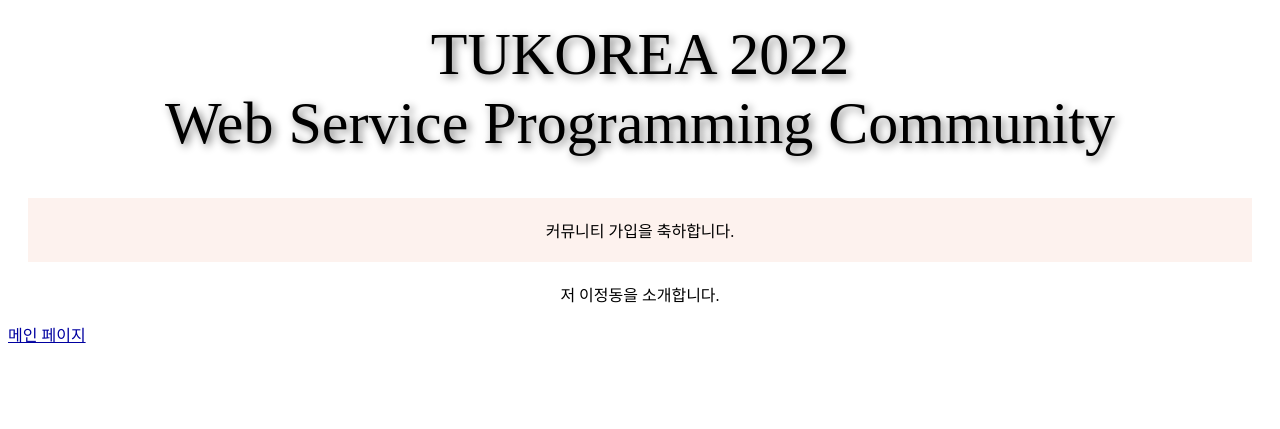
Repository: ljdongz/jsp-project
Page: http://localhost/jeongdong_reg/result.jsp
The author's editor kept a copy of each file at every save. The page is drawn from the files as they stood at one save, then again after the next save.
The browser window is 1280 px wide. The pictures show the whole page.
The page is served by Tomcat 9.

Above is the page before, as saved 2022-09-27 14:00:33.

After the next save:
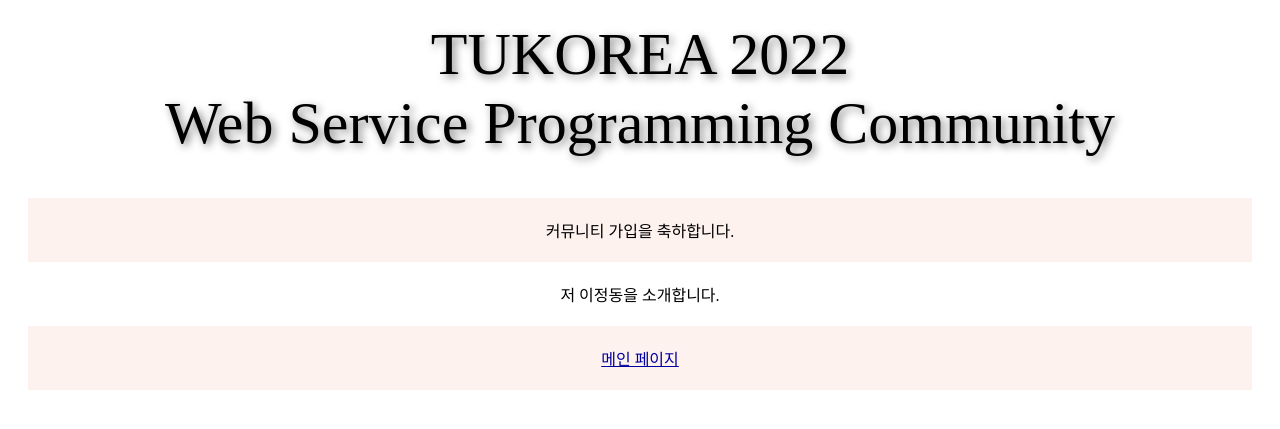
Saved 10 s later.
--- a/project1/jeongdong_reg/src/main/webapp/result.jsp
+++ b/project1/jeongdong_reg/src/main/webapp/result.jsp
@@ -16,7 +16,7 @@
 		<p>저 이정동을 소개합니다.</p>
 	</div>
 
-	<p>
+	<p id="sect">
 		<a href="http://localhost:8080/jeongdong_reg/welcome.html">메인 페이지</a>
 	</p>
 </body>

After the save that followed:
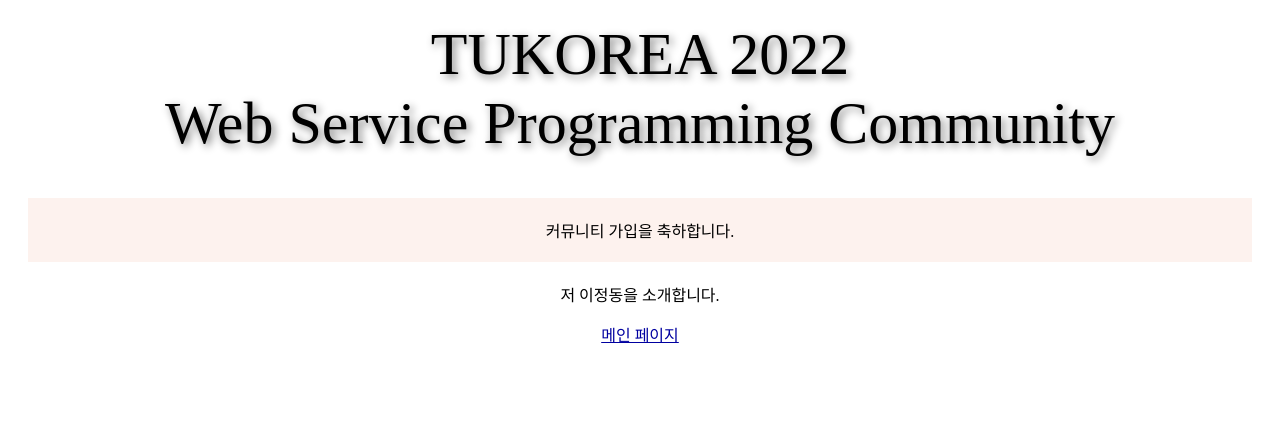
Saved 22 s later.
--- a/project1/jeongdong_reg/src/main/webapp/result.jsp
+++ b/project1/jeongdong_reg/src/main/webapp/result.jsp
@@ -16,7 +16,7 @@
 		<p>저 이정동을 소개합니다.</p>
 	</div>
 
-	<p id="sect">
+	<p style="text-align: center;">
 		<a href="http://localhost:8080/jeongdong_reg/welcome.html">메인 페이지</a>
 	</p>
 </body>
